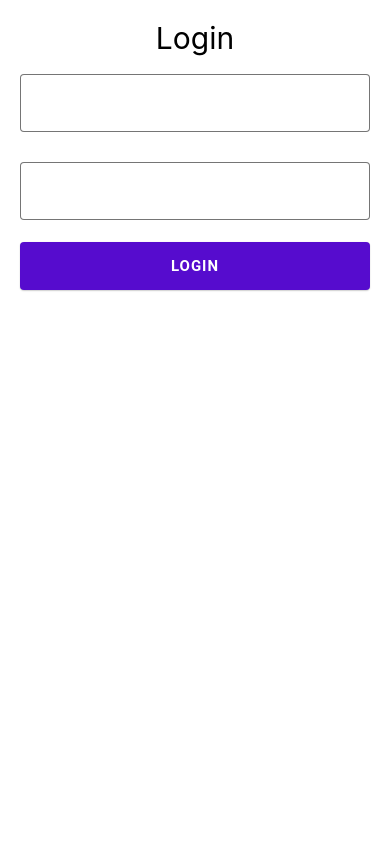
Repository: hatemdiwani/mobile-app
Screen: /
An editor plug-in stored every save of this project. The screen is shown before and after the next save, followed by the edit.
The app was drawn by React Native's web renderer in a window 390 px wide. The project was rebuilt for these pictures with package versions that can differ from the ones it lists, and the page was loaded fresh each time. Also part of the build but not shown: src/components/general/AppBar.js, src/screens/Home/Home.js.

Above is the screen before, as saved 2022-10-04 15:56:31.

### App.js
/**
 * Sample React Native App
 * https://github.com/facebook/react-native
 *
 * @format
 * @flow strict-local
 */

import React from 'react';
import { Provider } from 'react-redux';
import { Provider as PaperProvider } from 'react-native-paper'
import Main from './src/navigation/Main';
import { store } from './src/redux/app/store';
import { theme } from './src/core/theme';

const App = () => {
  return (
    <Provider store={store}>
      <PaperProvider theme={theme}  >
        <Main />
      </PaperProvider>
    </Provider>
  );
};


export default App;

### src/navigation/Main.js
import React from 'react'
import { useSelector } from 'react-redux'
import Home from './Home'
import Auth from './Auth'
import { View } from 'react-native'
const Main = () => {

    const { token } = useSelector(state => state.auth)

    return (
        <View >
            {
                token
                    ?
                    <Home />
                    :
                    <Auth />
            }
        </View>
    )
}

export default Main

### src/redux/app/store.js
import { configureStore } from '@reduxjs/toolkit';
import authReducer from '../features/authSlice'

export const store = configureStore({
  reducer: {
   auth : authReducer
  }
});

### src/core/theme.js
import { DefaultTheme } from 'react-native-paper'

export const theme = {
  ...DefaultTheme,
  colors: {
    ...DefaultTheme.colors,
    text: '#000000',
    primary: '#560CCE',
    secondary: '#414757',
    error: '#f13a59',
  },
}

### src/navigation/Auth.js
import React from 'react'
import Login from '../screens/auth/Login'

const Auth = () => {
    return (
        <>
            <Login />
        </>
    )
}

export default Auth

### src/redux/features/authSlice.js
import { createSlice } from "@reduxjs/toolkit"

const authSlice = createSlice({
  name: "auth",
  initialState: {
    token: null
  },
  reducers: {
    setToken : (state ,action) => {
        state.token = action.payload.token
    }
  }
})

export const { setToken } = authSlice.actions

export default authSlice.reducer

### src/screens/auth/Login.js
import React, { useState } from 'react'
import { Text, View, StyleSheet } from 'react-native'
import { useDispatch, useSelector } from 'react-redux'
import Button from '../../components/general/Button'
import Input from '../../components/general/Input'
import { setToken } from '../../redux/features/authSlice'
const Login = () => {

    const [username, setusername] = useState('')
    const [password, setpassword] = useState('')

    const dispatch = useDispatch()
    const login = () => {
        fetch('https://dummyjson.com/auth/login', {
            method: 'POST',
            headers: { 'Content-Type': 'application/json' },
            body: JSON.stringify({

                username: username /* 'kminchelle' */,
                password: password /* '0lelplR' */,
                // expiresInMins: 60, // optional
            })
        })
            .then(res => {
                return res.json()
            })
            .then(data => {
                // Work with JSON data here
                console.log(data);
                dispatch(setToken({ token: data.token }))
            })
            .then(console.log);
    }

    const {token} = useSelector(state => state.auth)

    return (
        <View style={styles.loginScreen} >
            <Text style={styles.title} >Login</Text>
            <Input value={username} handleChange={text => setusername(text)} />
            <Input value={password} handleChange={text => setpassword(text)} />
            <Button mode="contained" onPress={login}>
                Login
            </Button>
        </View>
    )
}

const styles = StyleSheet.create({
    loginScreen: {
        display: 'flex',
        justifyContent: 'center',
        alignItems: 'center',
        width: '100%',
        height: '100%',
        padding: 20
    },
    title: {
        color: 'black',
        textAlign: 'center',
        fontSize: 30
    }
})

export default Login

### src/components/general/Button.js
import React from 'react'
import { StyleSheet } from 'react-native'
import { Button as PaperButton } from 'react-native-paper'
import { theme } from '../../core/theme'

export default function Button({ mode, style, ...props }) {
  return (
    <PaperButton
      style={[
        styles.button,
        mode === 'outlined' && { backgroundColor: theme.colors.surface },
        style,
      ]}
      labelStyle={styles.text}
      mode={mode}
      {...props}
    />
  )
}

const styles = StyleSheet.create({
  button: {
    width: '100%',
    marginVertical: 10,
    paddingVertical: 2,
  },
  text: {
    fontWeight: 'bold',
    fontSize: 15,
    lineHeight: 26,
  },
})

### src/components/general/Input.js
import React from 'react'
import { View, StyleSheet, Text } from 'react-native'
import { TextInput as Input } from 'react-native-paper'
import { theme } from '../../core/theme'

export default function TextInput({ errorText, description,value , handleChange, ...props }) {
    return (
        <View style={styles.container}>
            <Input

                value={value}
                onChangeText={handleChange}
                style={styles.input}
                selectionColor={theme.colors.primary}
                underlineColor="transparent"
                mode="outlined"
                {...props}
            />
            {description && !errorText ? (
                <Text style={styles.description}>{description}</Text>
            ) : null}
            {errorText ? <Text style={styles.error}>{errorText}</Text> : null}
        </View>
    )
}

const styles = StyleSheet.create({
    container: {
        width: '100%',
        marginVertical: 12,
    },
    input: {
        backgroundColor: theme.colors.surface,
    },
    description: {
        fontSize: 13,
        color: theme.colors.secondary,
        paddingTop: 8,
    },
    error: {
        fontSize: 13,
        color: theme.colors.error,
        paddingTop: 8,
    },
})

### src/navigation/Home.js
import React from 'react'

import { NavigationContainer } from '@react-navigation/native';
import { createNativeStackNavigator } from '@react-navigation/native-stack';
import Acceuil from '../screens/Home/Home'
import { Text, View } from 'react-native';

const Stack = createNativeStackNavigator();
const Home = () => {
    return (
        <View style={{ flex: 1 , backgroundColor : 'black' , height:"100%" , width : "100%" }}>
<Text style={{color : 'red'}} >heeeee</Text>
       {/*      <NavigationContainer>
                <Stack.Navigator>
                    <Stack.Screen name="Home" component={Acceuil} />
                </Stack.Navigator>
            </NavigationContainer> */}

        </View>

    )
}

export default Home

After the next save:
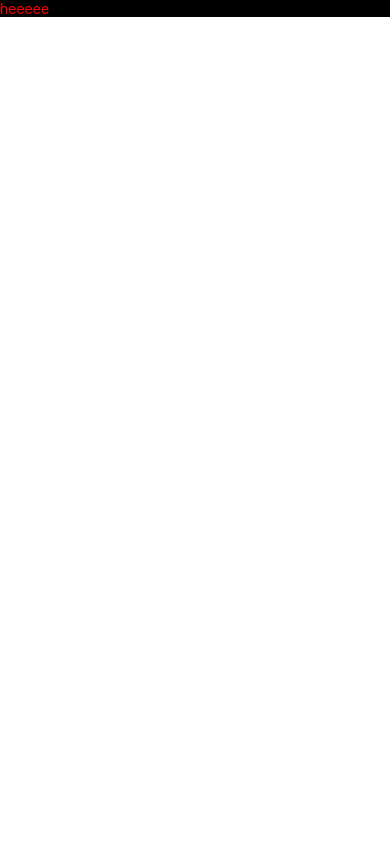
Saved 67 s later.
--- a/src/navigation/Main.js
+++ b/src/navigation/Main.js
@@ -14,7 +14,7 @@ const Main = () => {
                     ?
                     <Home />
                     :
-                    <Auth />
+                    <Home />
             }
         </View>
     )
